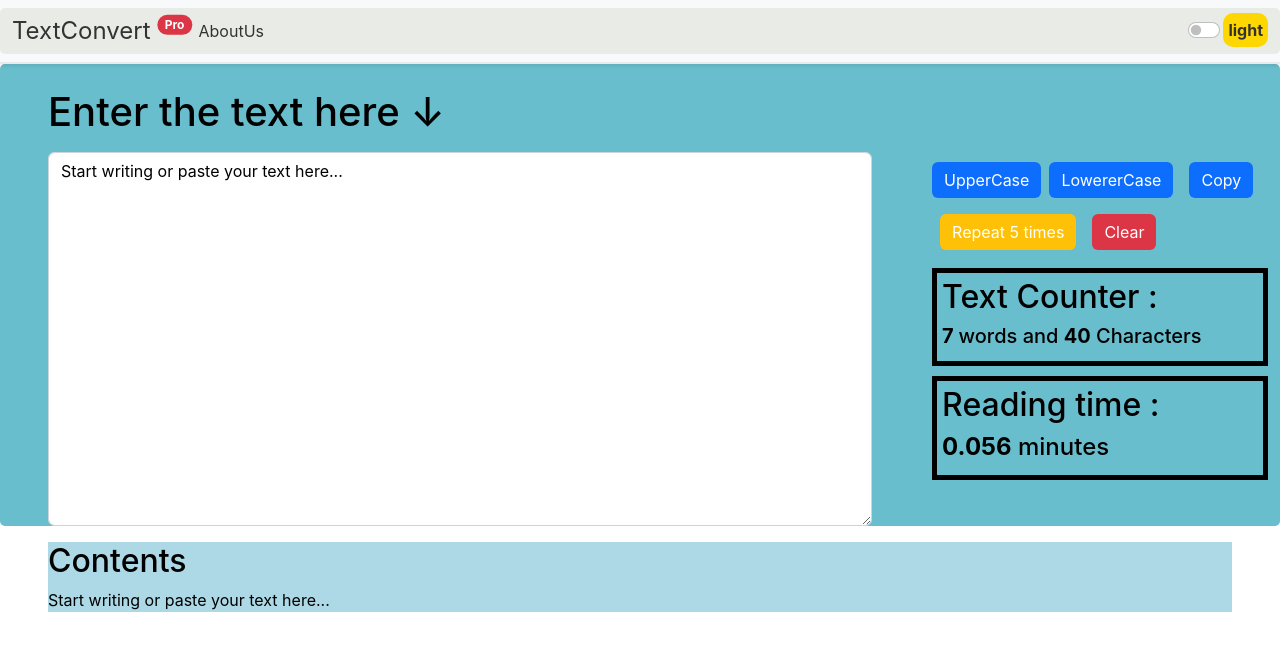
Repository: atha2810/TextConvertPro
Page: /TextConvertPro
An editor plug-in stored every save of this project. The page is shown before and after the next save, followed by the edit.
The browser window is 1280 px wide. The pictures show the whole page.
The project was rebuilt for these pictures with package versions that can differ from the ones it lists, and the page was loaded fresh each time. Also part of the build but not shown: src/css/About.css, src/components/About.js, src/css/TextForm.css.

Above is the page before, as saved 2024-07-25 19:49:22.

After the next save:
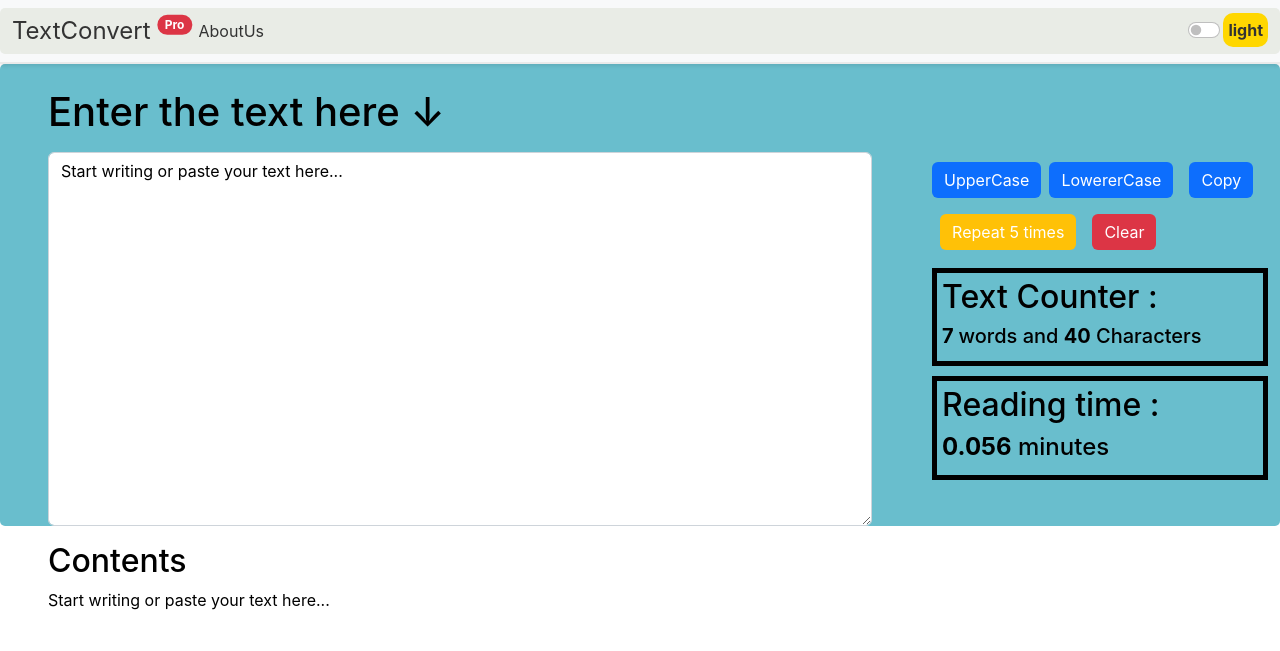
Saved 24 s later.
--- a/src/TextForm.js
+++ b/src/TextForm.js
@@ -161,7 +161,7 @@ export default function TextForm(props) {
           </div>
         </div>
       </div>
-      <div className="mx-5 my-3" style={{ backgroundColor: "lightblue" }}>
+      <div className="mx-5 my-3">
         {" "}
         <h2 style={{ color: props.mode === "dark" ? "white" : "black" }}>
           Contents
